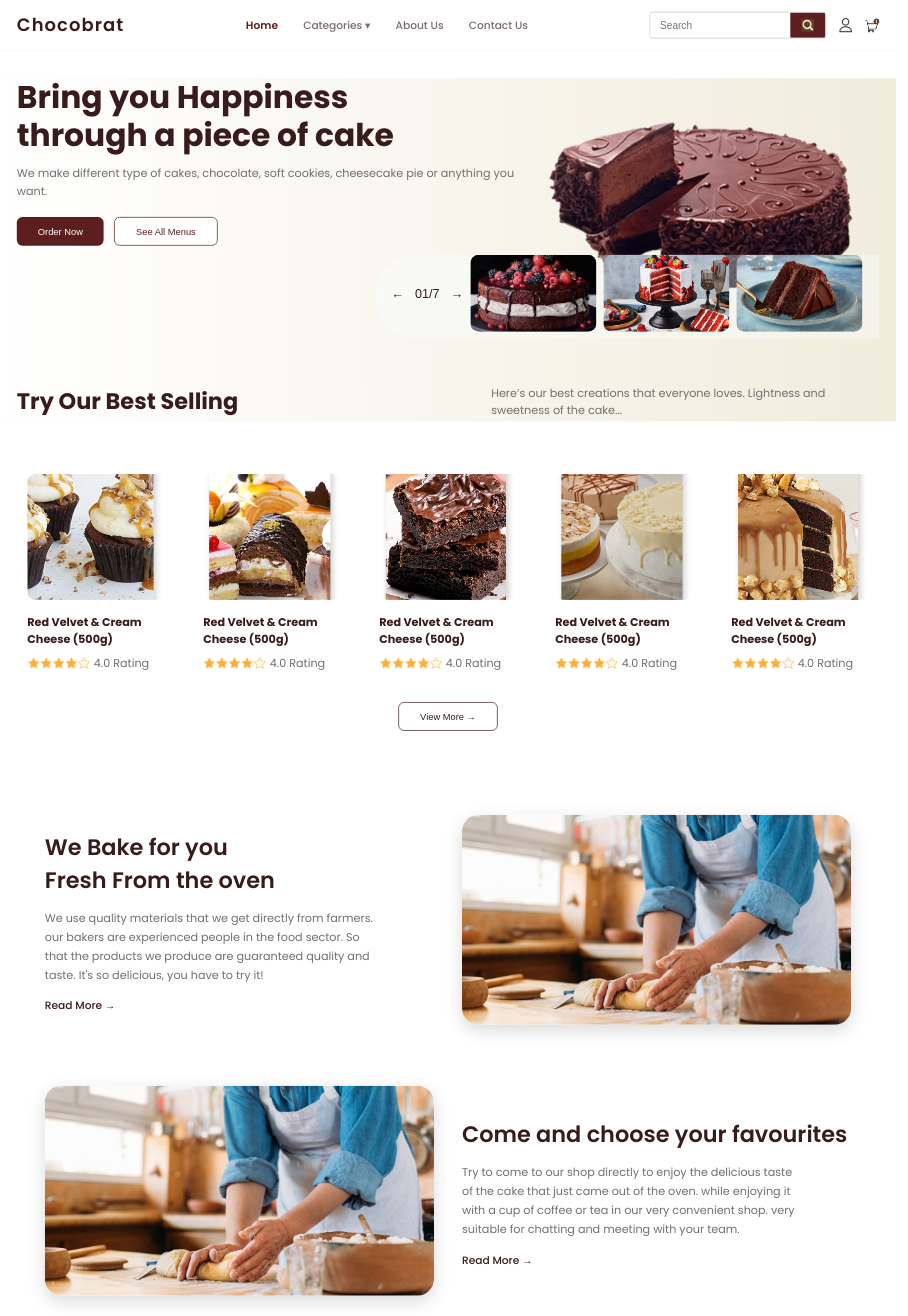
Repository: josegabrielzevallos/chocobrat-bakery-website
Page: index.html
The author's editor kept a copy of each file at every save. The page is drawn from the files as they stood at one save, then again after the next save.
The browser window is 1280 px wide. The page is 1280 px wide, then 1297 px, so the pictures cover 1297 px, including what lies to the right of the window. The pictures show the part of the page from y = 0 to 1880 px (the page is 3127 px tall before and 3275 px after), at 70% of full size.

Above is the page before, as saved 2025-11-20 20:11:17.

After the next save:
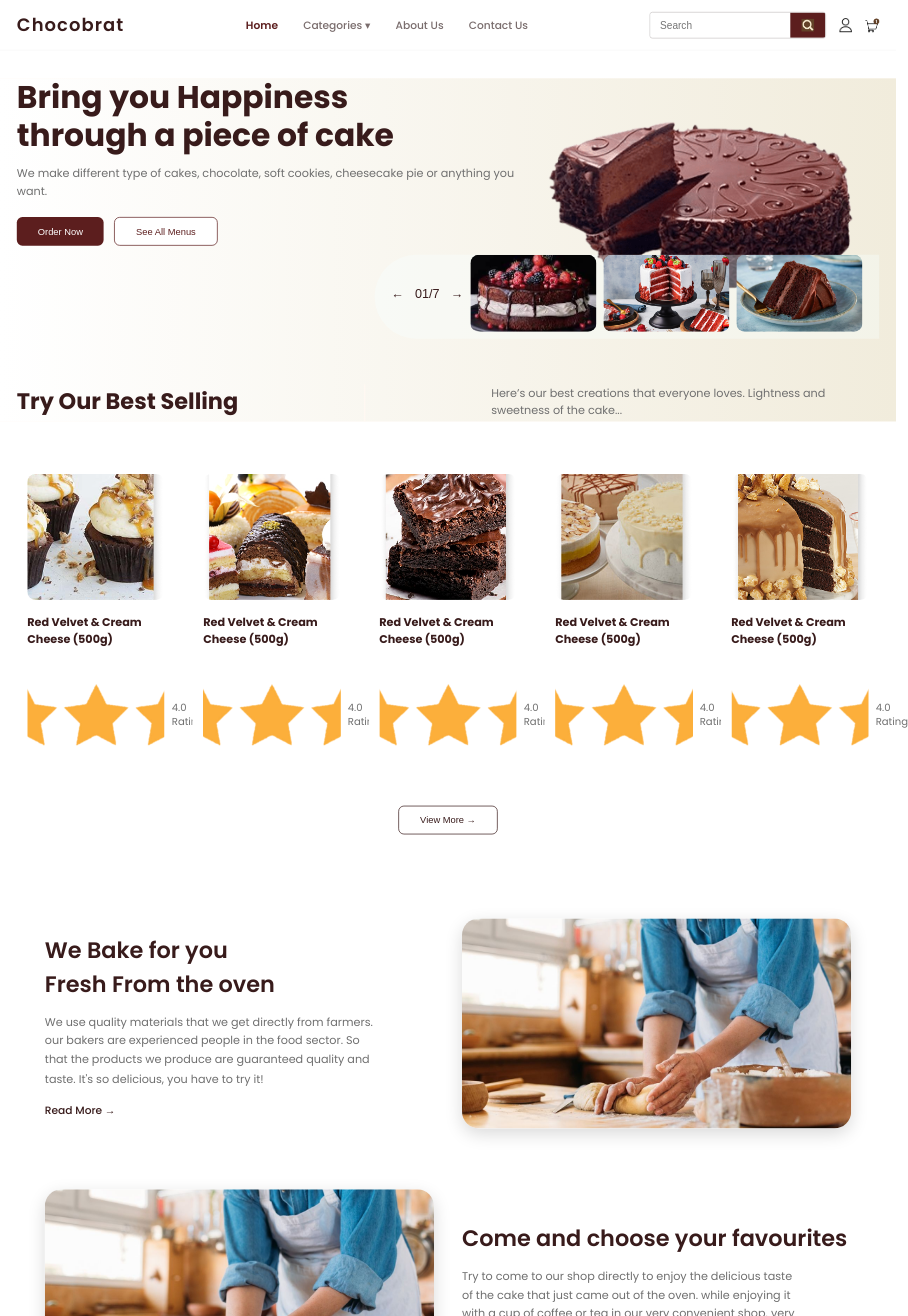
Saved 25 s later.
--- a/styles.css
+++ b/styles.css
@@ -263,16 +263,19 @@ header {
 .rating {
     display: flex;
     align-items: center;
-}
-
-.rating img {
-    width: 90px;
+    gap: 6px;              /* espacio entre la imagen y el texto */
+}
+
+.rating-img {
+    width: 90px;           /* ajusta según tu diseño */
     height: auto;
-}
-
-.rating span {
-    color: #6F6F6F;
-    margin-left: 5px;
+    display: block;
+}
+
+.rating-text {
+    font-size: 0.9rem;
+    color: #6F6F6F;        /* gris suave */
+    margin-left: 4px;
 }
 
 .view-more {
